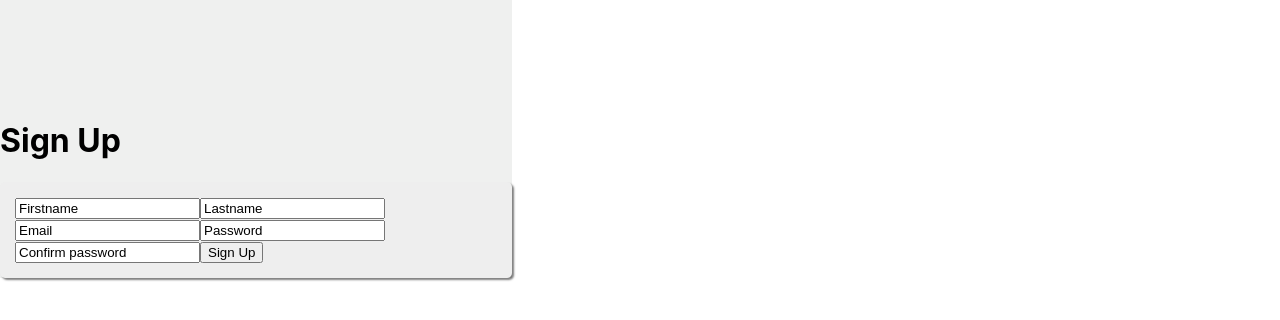
Repository: khamraeva/JSP-homework1-sighup
Page: /
An editor plug-in stored every save of this project. The page is shown before and after the next save, followed by the edit.
The browser window is 1280 px wide. The pictures show the whole page.
The project was rebuilt for these pictures with package versions that can differ from the ones it lists, and the page was loaded fresh each time.

Above is the page before, as saved 2020-07-22 16:35:27.

After the next save:
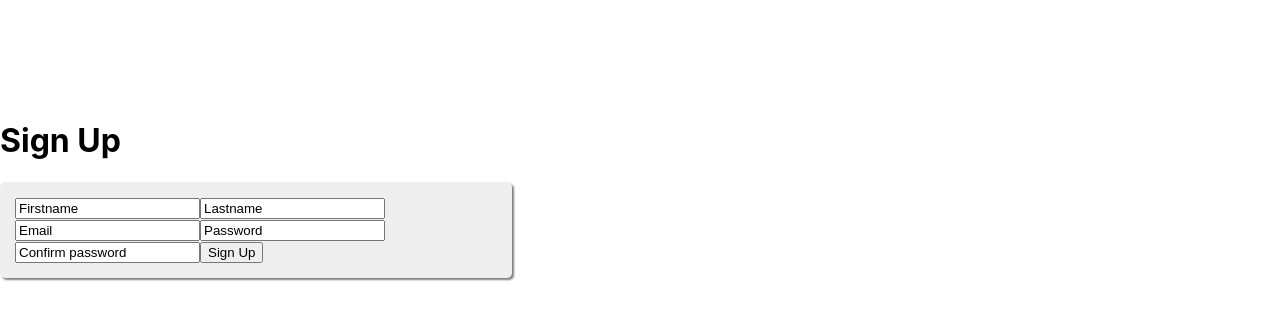
Saved 10 s later.
--- a/src/Components/SignUp/SignUp.css
+++ b/src/Components/SignUp/SignUp.css
@@ -5,7 +5,7 @@
     padding-top: 100px;
     flex-grow: 1;
     width: 40%;
-    background: rgb(239, 240, 239);
+    /* background: rgb(239, 240, 239); */
 }
 
 .signup-form {

After the save that followed:
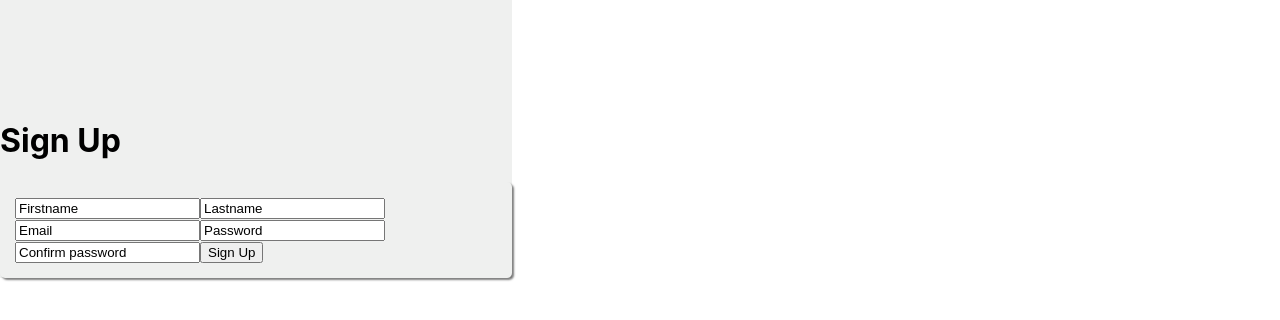
Saved 11 s later.
--- a/src/Components/SignUp/SignUp.css
+++ b/src/Components/SignUp/SignUp.css
@@ -5,11 +5,11 @@
     padding-top: 100px;
     flex-grow: 1;
     width: 40%;
-    /* background: rgb(239, 240, 239); */
+    background: rgb(239, 240, 239);
 }
 
 .signup-form {
-    background: #eee;
+    /* background: #eee; */
     box-shadow: 2px 2px 2px rgba(0, 0, 0, .5);
     padding: 15px;
     border-radius: 5px;
